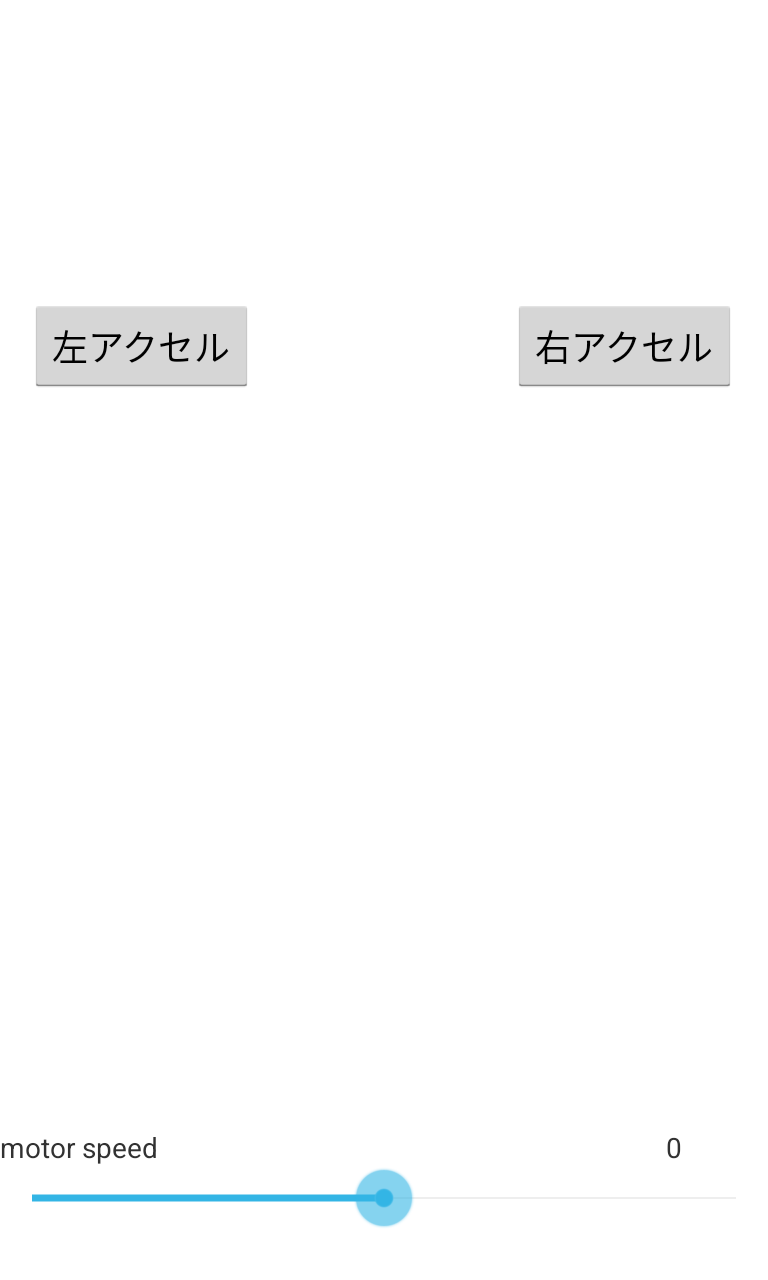
Repository: takugoto/2WD-car
Layout: workspace/2WDcar/res/layout/activity_main.xml
An editor plug-in stored every save of this project. The layout is shown before and after the next save, followed by the edit.
It is drawn on a 768 x 1280 px phone screen (xhdpi) without system bars, with theme AppTheme; the app's code is not run.

Above is the layout before, as saved 2012-12-06 06:21:40.

### workspace/2WDcar/res/layout/activity_main.xml
<RelativeLayout xmlns:android="http://schemas.android.com/apk/res/android"
    xmlns:tools="http://schemas.android.com/tools"
    android:layout_width="match_parent"
    android:layout_height="match_parent" >

    <SeekBar
        android:id="@+id/seekBar1"
        android:layout_width="match_parent"
        android:layout_height="wrap_content"
        android:layout_alignParentBottom="true"
        android:layout_alignParentLeft="true"
        android:layout_marginBottom="25dp"
        android:max="100"
        android:progress="50" />

    <Button
        android:id="@+id/button1"
        android:layout_width="wrap_content"
        android:layout_height="wrap_content"
        android:layout_alignParentLeft="true"
        android:layout_alignParentTop="true"
        android:layout_marginLeft="14dp"
        android:layout_marginTop="149dp"
        android:text="左アクセル" />

    <Button
        android:id="@+id/button3"
        android:layout_width="wrap_content"
        android:layout_height="wrap_content"
        android:layout_alignBaseline="@+id/button1"
        android:layout_alignBottom="@+id/button1"
        android:layout_alignParentRight="true"
        android:layout_marginRight="15dp"
        android:text="右アクセル" />

    <TextView
        android:id="@+id/textView2"
        android:layout_width="wrap_content"
        android:layout_height="wrap_content"
        android:layout_above="@+id/seekBar1"
        android:layout_alignRight="@+id/button3"
        android:text="0        " />

    <TextView
        android:id="@+id/textView1"
        android:layout_width="wrap_content"
        android:layout_height="wrap_content"
        android:layout_alignBaseline="@+id/textView2"
        android:layout_alignBottom="@+id/textView2"
        android:layout_alignParentLeft="true"
        android:text="motor speed" />

</RelativeLayout>

Loaded but not shown: workspace/2WDcar/res/values-v11/styles.xml (common file); workspace/2WDcar/res/values-v14/styles.xml (common file); workspace/2WDcar/res/values/styles.xml (common file)

After the next save:
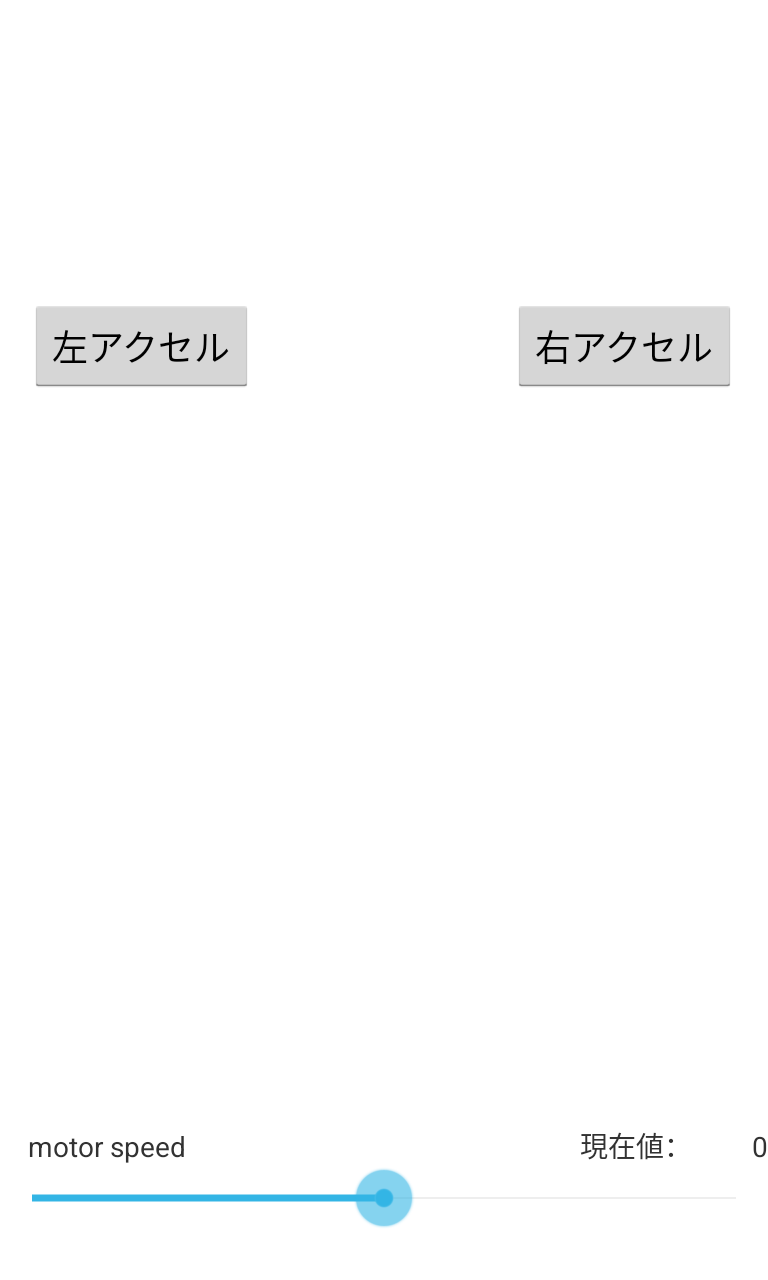
Saved 7 min 22 s later.
--- a/workspace/2WDcar/res/layout/activity_main.xml
+++ b/workspace/2WDcar/res/layout/activity_main.xml
@@ -34,20 +34,30 @@
         android:text="右アクセル" />
 
     <TextView
-        android:id="@+id/textView2"
+        android:id="@+id/textView3"
         android:layout_width="wrap_content"
         android:layout_height="wrap_content"
         android:layout_above="@+id/seekBar1"
         android:layout_alignRight="@+id/button3"
-        android:text="0        " />
+        android:layout_marginRight="23dp"
+        android:text="現在値：" />
 
     <TextView
         android:id="@+id/textView1"
         android:layout_width="wrap_content"
         android:layout_height="wrap_content"
-        android:layout_alignBaseline="@+id/textView2"
-        android:layout_alignBottom="@+id/textView2"
-        android:layout_alignParentLeft="true"
+        android:layout_alignBaseline="@+id/textView3"
+        android:layout_alignBottom="@+id/textView3"
+        android:layout_alignLeft="@+id/button1"
         android:text="motor speed" />
 
+    <TextView
+        android:id="@+id/textView2"
+        android:layout_width="wrap_content"
+        android:layout_height="wrap_content"
+        android:layout_alignBaseline="@+id/textView3"
+        android:layout_alignBottom="@+id/textView3"
+        android:layout_alignParentRight="true"
+        android:text="0" />
+
 </RelativeLayout>
